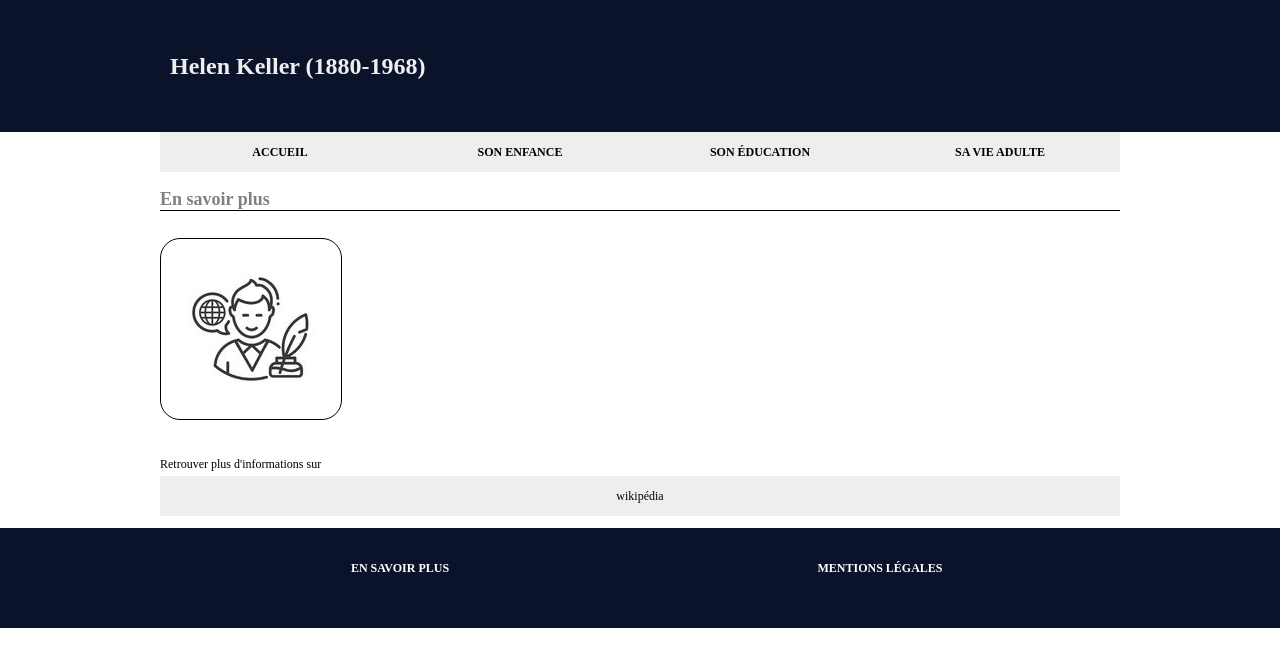
Repository: Luc010/Exercices
Page: HTML CSS/biographie_helen_keller/savoirplus.html
An editor plug-in stored every save of this project. The page is shown before and after a run of saves, followed by the edit.
The browser window is 1280 px wide. The pictures show the whole page.

Above is the page before, as saved 2019-09-04 16:49:59.

### HTML CSS/biographie_helen_keller/savoirplus.html
<!DOCTYPE html>
<html lang="fr">
<head>
    <title>Biographie Helen Keller - En savoir plus</title>
    <meta charset="UTF-8">
    <meta name="viewport" content="width=device-width, initial-scale=1.0">
    <meta http-equiv="X-UA-Compatible" content="ie=edge">
    <link href="style.css" rel="stylesheet">
</head>
<body>
    <header>
        <div class="container">
            <h1>Helen Keller (1880-1968)</h1>
        </div>
    </header>
    <nav>
        <ul>
            <li><a href="index.html">Accueil</a></li>
            <li><a href="enfance.html">Son enfance</a></li>
            <li><a href="education.html">Son éducation</a></li>
            <li><a href="adulte.html">Sa vie adulte</a></li>
        </ul>
    </nav>
    <main>
        <div class="container">
            <h2>En savoir plus</h2>
            <p><img src="img/hk8.jpg" alt="icone biographie"></p>
            <p>Retrouver plus d'informations sur <a href="https://fr.wikipedia.org/wiki/Helen_Keller"
                    target="_blank">wikipédia</a></p>
        </div>
    </main>
    <footer>
        <div class="container">
            <!-- ul>li*5>a{lien$} -->
            <ul>
                <li class="m-foot"><a href="savoirplus.html">En savoir plus</a></li>
                <li class="m-foot"><a href="mentions.html">Mentions légales</a></li>
            </ul>
        </div>
    </footer>
</body>
</html>

### HTML CSS/biographie_helen_keller/style.css
@import url('https://fonts.googleapis.com/css?family=Oswald&display=swap');
body{
    margin: 0;
    padding: 0;
    background-color: 6fffe9;
    font-size: 12px;
    font-family: 'Oswald',corbel,calibri,#sans-serif;
}
header, footer{
    background-color: #0b132b;
    min-height: 100px;
    line-height: 100px;
    margin-left: auto;
    margin-right: auto;
}
h1{
    color: #eee;
    text-indent: 10px;
}
h2{
    color: grey;
    border-bottom: 1px solid black;
}
p{
    /* Pourcentage plus simple à gérer, interligne (utilité: bcp de text) */
    line-height:200%;
}
img{
    border: 1px solid black;
    border-radius: 20px;
    padding: 10px;
}
.container {
    display: flex;
    flex-direction: column;
    width: 960px;
    margin-left: auto;
    margin-right: auto;
}
nav {
    min-height: 40px;
    position: sticky;
    top: 0;
    width: 960px;
    margin-left: auto;
    margin-right: auto;
}
ul, li {
    margin: 0;
    padding: 0;
    list-style: none;
}
ul {
    display: flex;
}
li {
    width: 100%;
    margin-bottom: 2px;
    height: 40px;
    font-weight: bold;
    text-transform: uppercase;
}
a {
    color: black;
    text-decoration: none;
    display: block;
    height: 40px;
    line-height: 40px;
    text-align: center;
    background-color: #eee;
}
a:hover {
    color: white;
    background-color: black;
}
.m-foot{
    margin-top: 20px;
}
.m-foot > a{
    background-color: transparent;
    color: white;
}
.m-foot > a:hover{
    background-color: white;
    color: black;
}

After the next 2 saves:
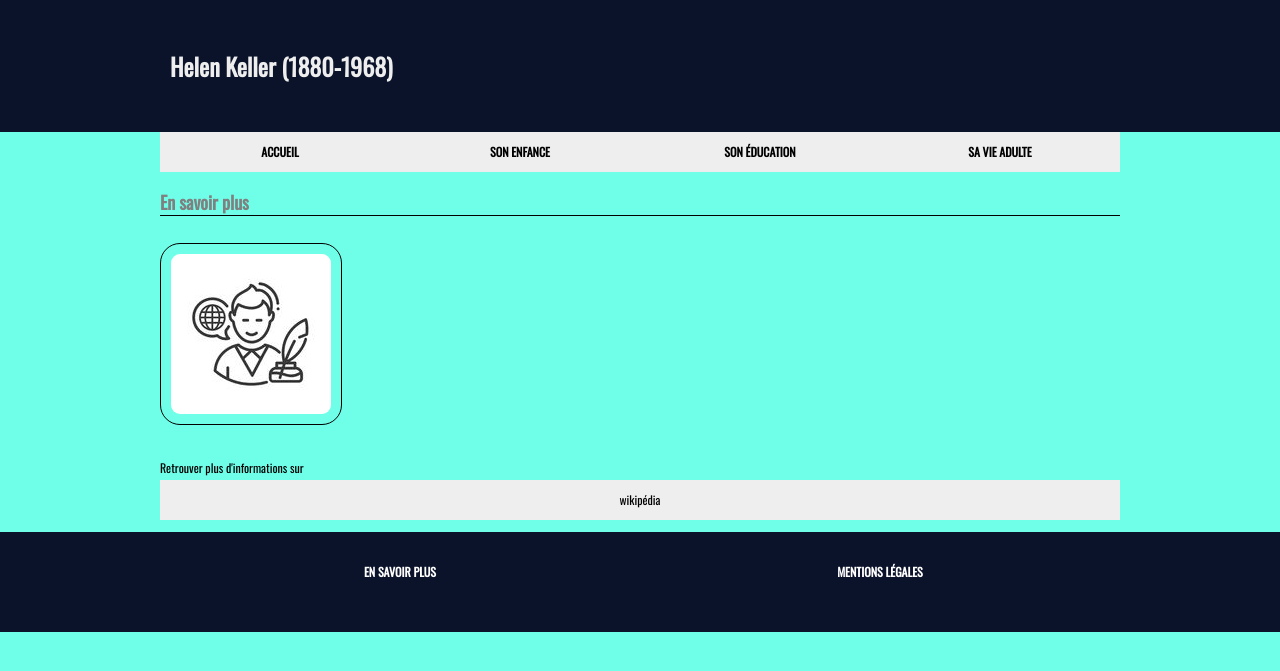
The 2 saves are shown as one change because they came seconds apart.
The last was saved 8 s later.
--- a/HTML CSS/biographie_helen_keller/style.css
+++ b/HTML CSS/biographie_helen_keller/style.css
@@ -2,9 +2,9 @@
 body{
     margin: 0;
     padding: 0;
-    background-color: 6fffe9;
+    background-color: #6fffe9;
     font-size: 12px;
-    font-family: 'Oswald',corbel,calibri,#sans-serif;
+    font-family: 'Oswald',corbel,calibri,sans-serif;
 }
 header, footer{
     background-color: #0b132b;
